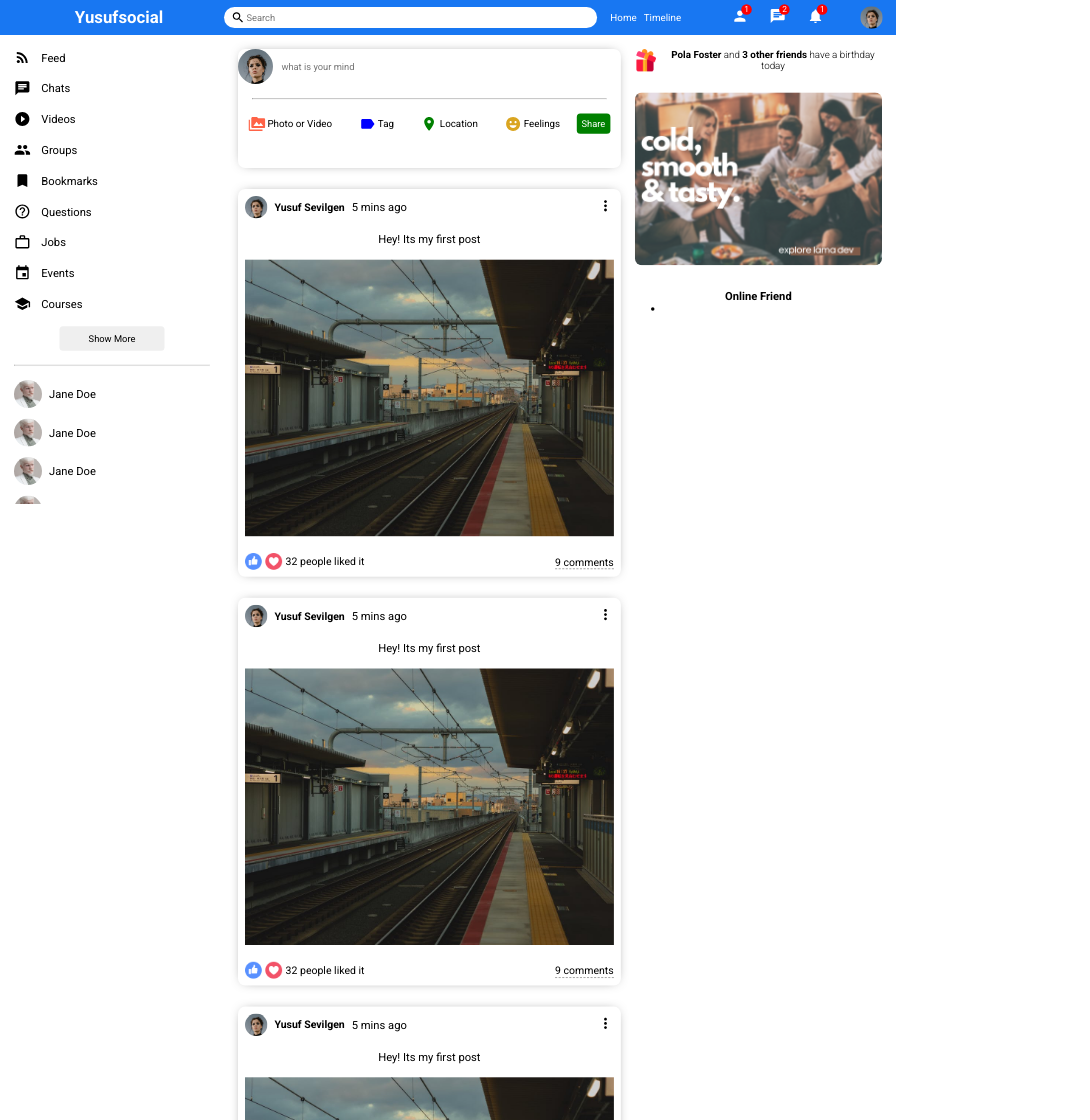
Repository: sevilgenysf/socialmediaapp
Page: /
An editor plug-in stored every save of this project. The page is shown before and after the next save, followed by the edit.
The browser window is 1280 px wide. The page is 1280 px wide, then 1557 px, so the pictures cover 1557 px, including what lies to the right of the window. The pictures show the part of the page from y = 0 to 1600 px (the page is 3210 px tall before and 2875 px after), at 70% of full size.
The project was rebuilt for these pictures with package versions that can differ from the ones it lists, and the page was loaded fresh each time.

Above is the page before, as saved 2022-02-17 11:40:47.

After the next save:
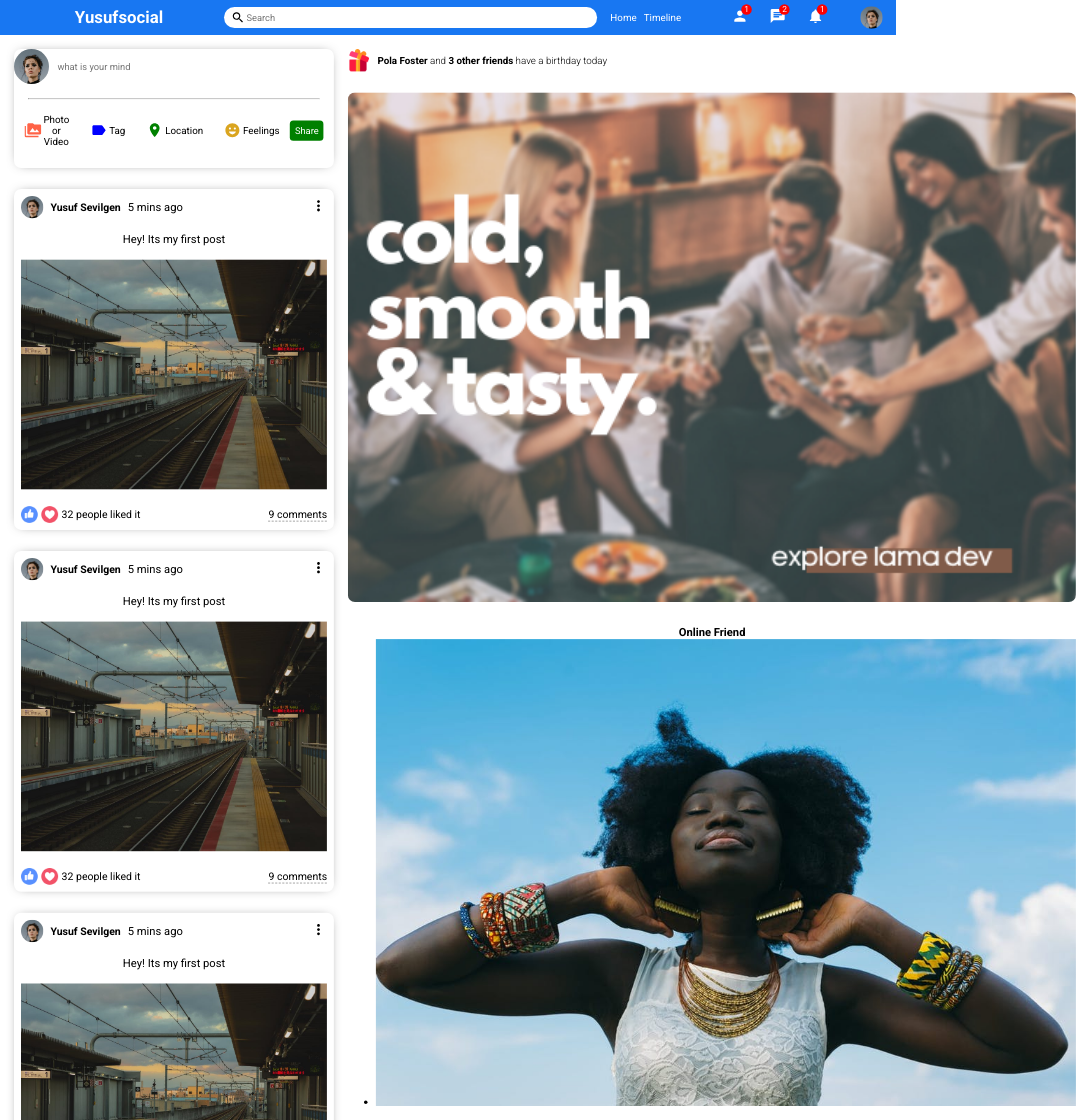
Saved 18 s later.
--- a/src/components/rightbar/Rightbar.jsx
+++ b/src/components/rightbar/Rightbar.jsx
@@ -16,7 +16,11 @@ const Rightbar = () => {
 				<ul className="rightbarFriendList">
 					<li className="rightbarFriend">
 						<div className="rightbarProfileImgContainer">
-							<img className="rightbarProfileImg" src="" alt="" />
+							<img
+								className="rightbarProfileImg"
+								src="assets/person/3.jpeg"
+								alt=""
+							/>
 						</div>
 					</li>
 				</ul>
